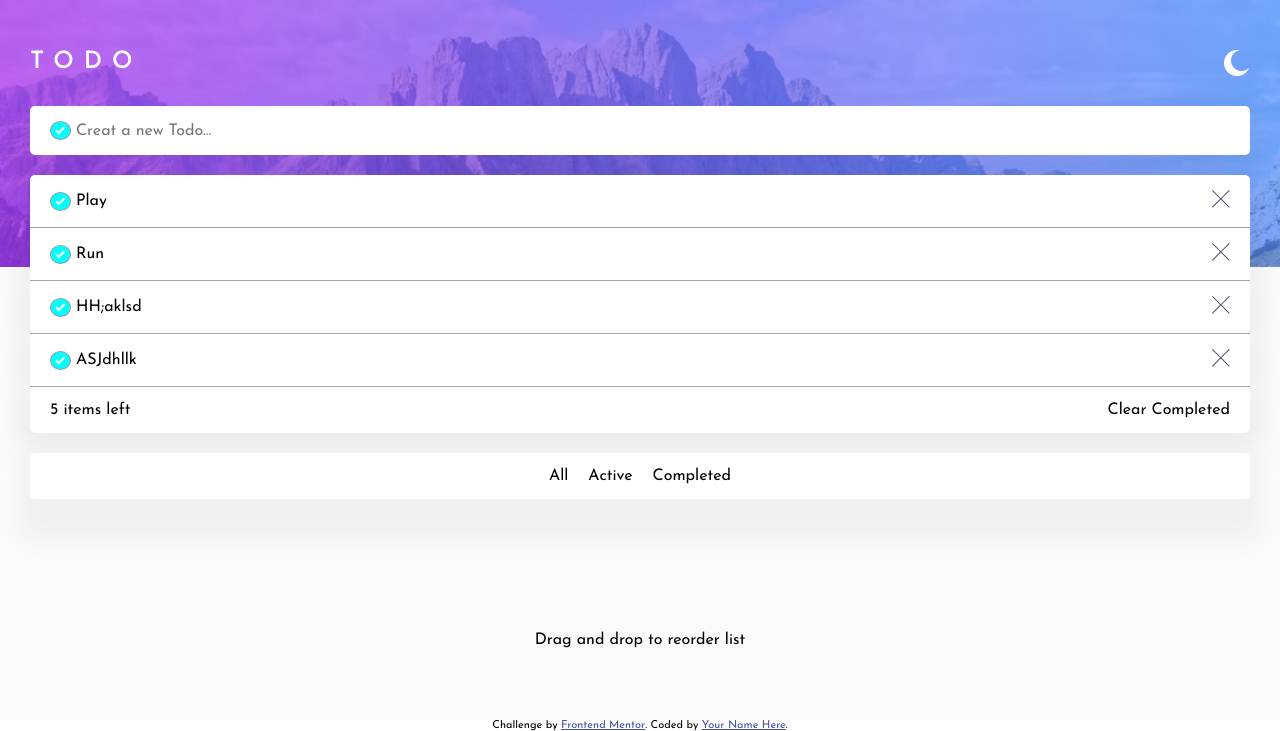
Repository: Baraajad231/Todo-app
Page: /
The author's editor kept a copy of each file at every save. The page is drawn from the files as they stood at one save, then again after the next save.
The browser window is 1280 px wide. The pictures show the whole page.
The project was rebuilt for these pictures with package versions that can differ from the ones it lists, and the page was loaded fresh each time. Also part of the build but not shown: vite.config.js.

Above is the page before, as saved 2025-12-28 02:15:15.

### index.html
<!DOCTYPE html>
<html lang="en">
  <head>
    <meta charset="UTF-8" />
    <meta name="viewport" content="width=device-width, initial-scale=1.0" />
    <!-- displays site properly based on user's device -->

    <link
      rel="icon"
      type="image/png"
      sizes="32x32"
      href="./images/favicon-32x32.png"
    />

    <title>Frontend Mentor | Todo app</title>

    <!-- Feel free to remove these styles or customise in your own stylesheet 👍 -->
    <style>
      .attribution {
        font-size: 11px;
        text-align: center;
      }
      .attribution a {
        color: hsl(228, 45%, 44%);
      }
    </style>

    <link rel="preconnect" href="https://fonts.googleapis.com" />
    <link rel="preconnect" href="https://fonts.gstatic.com" crossorigin />
    <link
      href="https://fonts.googleapis.com/css2?family=Josefin+Sans:ital,wght@0,100..700;1,100..700&display=swap"
      rel="stylesheet"
    />

    <link rel="stylesheet" href="./styles/style.scss" />
  </head>
  <body>
    <div class="container">
      <picture class="background-Wrapper">
        <source
          media="(min-width:465px)"
          srcset="images/bg-desktop-light.jpg"
        />
        <img
          src="images/bg-mobile-light.jpg"
          alt="bg-mobile-light"
          class="background background-light"
        />
      </picture>

      <div class="todo">
        <div class="todo__header">
          <h1 class="todo__title">TODO</h1>
          <img src="images/icon-moon.svg" alt="moon icon" class="todo__theme" />
        </div>
        <ul class="todo__list">
          <li class="todo__list__row todo__list__row-input">
            <span class="checkbox">
              <img
                src="./images/icon-check.svg"
                alt="check"
                class="checkbox__icon"
              />
            </span>
            <input
              type="text"
              placeholder="Creat a new Todo..."
              class="todo__list__input"
            />
          </li>

          <li class="todo__list__row">
            <span class="checkbox">
              <img
                src="./images/icon-check.svg"
                alt="check"
                class="checkbox__icon"
              />
            </span>
            <span class="todo__list__task">Play</span>
            <span class="remove-btn">
              <img src="./images/icon-cross.svg" alt="" class="remove-icon"
            /></span>
          </li>
          <li class="todo__list__row">
            <span class="checkbox">
              <img
                src="./images/icon-check.svg"
                alt="check"
                class="checkbox__icon"
              />
            </span>
            <span class="todo__list__task">Run</span>
            <span class="remove-btn">
              <img src="./images/icon-cross.svg" alt="" class="remove-icon"
            /></span>
          </li>
          <li class="todo__list__row">
            <span class="checkbox">
              <img
                src="./images/icon-check.svg"
                alt="check"
                class="checkbox__icon"
              />
            </span>
            <span class="todo__list__task">HH;aklsd</span>
            <span class="remove-btn">
              <img src="./images/icon-cross.svg" alt="" class="remove-icon"
            /></span>
          </li>
          <li class="todo__list__row">
            <span class="checkbox">
              <img
                src="./images/icon-check.svg"
                alt="check"
                class="checkbox__icon"
              />
            </span>
            <span class="todo__list__task">ASJdhllk</span>
            <span class="remove-btn">
              <img src="./images/icon-cross.svg" alt="" class="remove-icon"
            /></span>
          </li>
          <li class="todo__list__row todo__list__row--meta">
            <div class="todo__items-left">
              <span class="todo__items-count">5</span>
              <span class="todo__items-text">items left</span>
            </div>

            <button class="todo__list-clear button">Clear Completed</button>
          </li>

          <li class="todo__list__row todo__list__row--filter">
            <button class="todo__list-all">All</button>
            <button class="todo__list-active">Active</button>
            <button class="todo__list-completed">Completed</button>
          </li>
        </ul>
      </div>
    </div>
    <p class="note">Drag and drop to reorder list</p>

    <div class="attribution">
      Challenge by
      <a href="https://www.frontendmentor.io?ref=challenge" target="_blank"
        >Frontend Mentor</a
      >. Coded by <a href="#">Your Name Here</a>.
    </div>
  </body>
</html>

### styles/style.scss
/*variables*/
:root {
  /* ===== Brand / Primary ===== */
  --color-primary: hsl(220, 98%, 61%);
  --gradient-check: linear-gradient(hsl(192, 100%, 67%), hsl(280, 87%, 65%));

  /* ===== Typography ===== */
  --font-family-base: "Josefin Sans", sans-serif;
  --font-size-base: 18px;
  --font-weight-regular: 400;
  --font-weight-bold: 700;
  // }

  // :root[data-theme="light"] {
  --color-bg: hsl(0, 0%, 98%);
  --color-surface: #ffffff;

  --color-text-primary: hsl(235, 19%, 35%);
  --color-text-secondary: hsl(236, 9%, 61%);

  --color-border: hsl(233, 11%, 84%);
  --color-muted: hsl(234, 39%, 85%);
  // }

  // :root[data-theme="dark"] {
  // --color-bg: hsl(235, 21%, 11%);
  // --color-surface: hsl(235, 24%, 19%);

  // --color-text-primary: hsl(234, 39%, 85%);
  // --color-text-secondary: hsl(236, 9%, 61%);

  // --color-border: hsl(237, 14%, 26%);
  // --color-muted: hsl(233, 14%, 35%);
}

/* Reset */
* {
  margin: 0;
  padding: 0;
  font: inherit;
}

*,
*::after,
*::before {
  box-sizing: border-box;
}

a {
  color: inherit;
  display: inline-block;
}

button,
[type="submit"] {
  background-color: transparent;
  border: none;
  cursor: pointer;
}

ul,
ol {
  list-style: none;
}

html {
  font-size: 62.5%;
}

body {
  font-size: 1.6rem;
  font-family: "Josefin Sans";
  color: black;
}
/* End Reset */

/*container*/
.container {
  position: relative;
  height: 100vh;
  background-color: var(--color-bg);
}
.background {
  width: 100vw;
}

.todo {
  display: flex;
  flex-direction: column;
  gap: 3rem;
  position: absolute;
  top: 0;
  width: calc(100% - 6rem);
  margin: 5rem 3rem;

  &__header {
    display: flex;
    justify-content: space-between;
    .todo__title {
      font-size: 2.4rem;
      color: white;
      letter-spacing: 1rem;
      font-weight: 600;
    }
  }

  &__list {
    &__row {
      background-color: white;
      padding: 1.5rem 2rem;
      display: flex;
      align-items: center;

      box-shadow: 0 3rem 3rem 1rem rgba(0, 0, 0, 0.045);
      &:nth-child(2) {
        border-radius: 0.5rem 0.5rem 0 0;
      }

      & .checkbox {
        border: 1px solid rgb(156, 155, 155);
        border-radius: 50%;
        background-color: aqua;
        margin-right: 0.5rem;
        display: flex;
        align-items: center;
        justify-content: center;

        &__icon {
          padding: 0.4rem;
        }
      }

      & .todo__list__task {
        margin-right: auto;
      }
      &-input {
        margin-bottom: 2rem;

        & .todo__list__input {
          border: none;

          &:focus {
            outline: none;
            caret-color: aqua;
          }
        }
      }

      &:not(&-input, &--filter, &--meta) {
        border-bottom: 1px solid rgb(170, 167, 167);
      }

      &--meta {
        display: flex;
        justify-content: space-between;

        border-radius: 0 0 0.5rem 0.5rem;
      }

      &--filter {
        display: flex;
        justify-content: center;
        gap: 2rem;
        margin-top: 2rem;
      }
      &--filter,
      &-input {
        border-radius: 0.5rem;
      }
    }
  }
}

.note {
  position: absolute;
  bottom: 10%;
  left: 50%;
  transform: translateX(-50%);
  width: max-content;
}

After the next save:
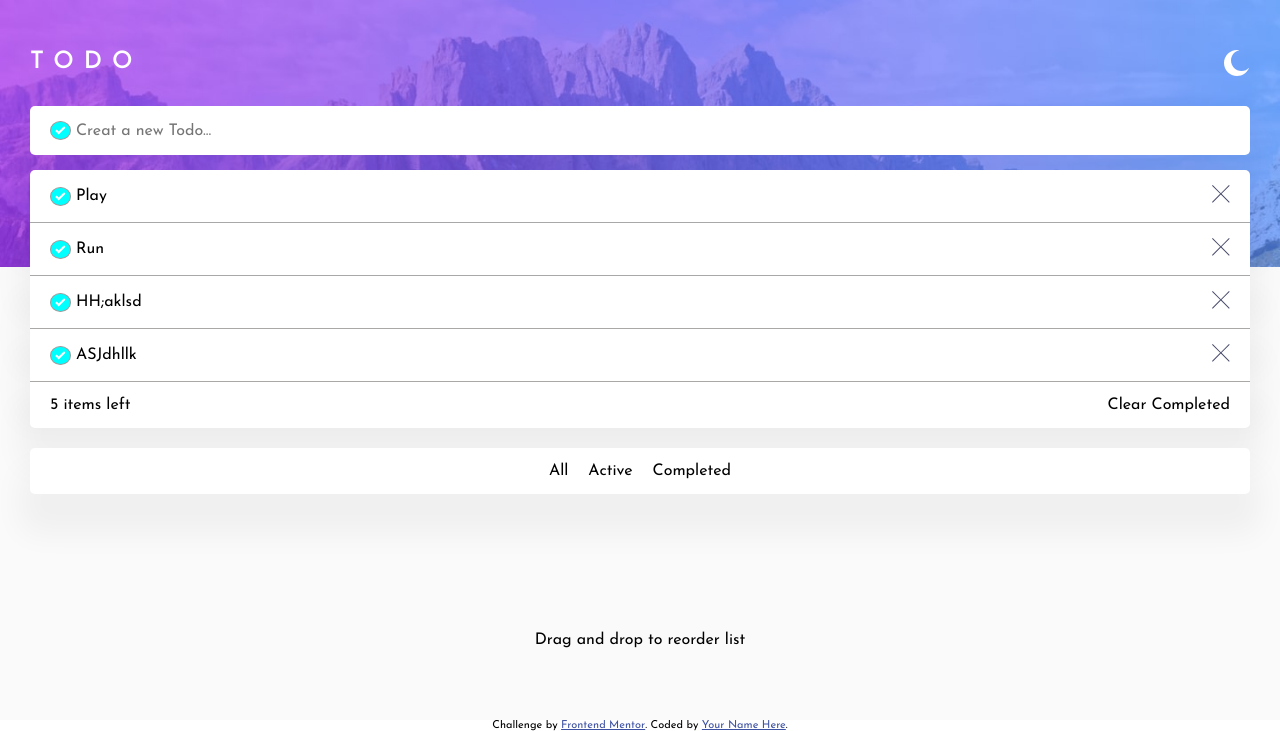
Saved 27 s later.
--- a/styles/style.scss
+++ b/styles/style.scss
@@ -134,7 +134,7 @@ body {
         margin-right: auto;
       }
       &-input {
-        margin-bottom: 2rem;
+        margin-bottom: 1.5rem;
 
         & .todo__list__input {
           border: none;
